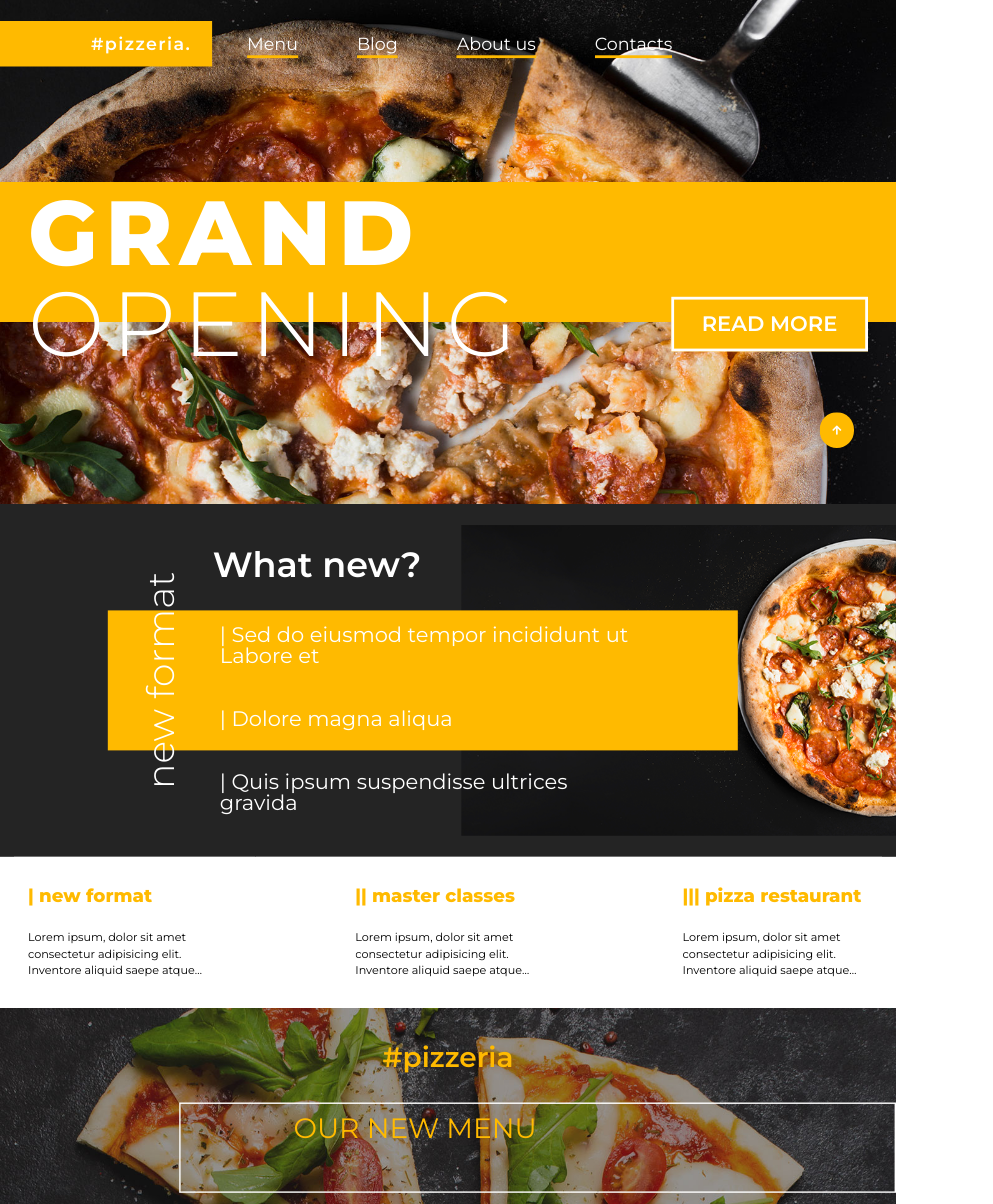
Repository: phu1204/pizzeria.github.io
Page: index.html
The author's editor kept a copy of each file at every save. The page is drawn from the files as they stood at one save, then again after a run of saves.
The browser window is 1280 px wide. The page is 1419 px wide, so the pictures cover 1419 px, including what lies to the right of the window. The pictures show the part of the page from y = 0 to 1720 px (the page is 4790 px tall), at 70% of full size.
The style sheet was rebuilt from its Sass, Less or Tailwind sources for each picture, by a compiler version that may differ from the author's.

Above is the page before, as saved 2021-07-26 22:15:22.
Console error: ReferenceError: mobile is not defined

After the next 2 saves:
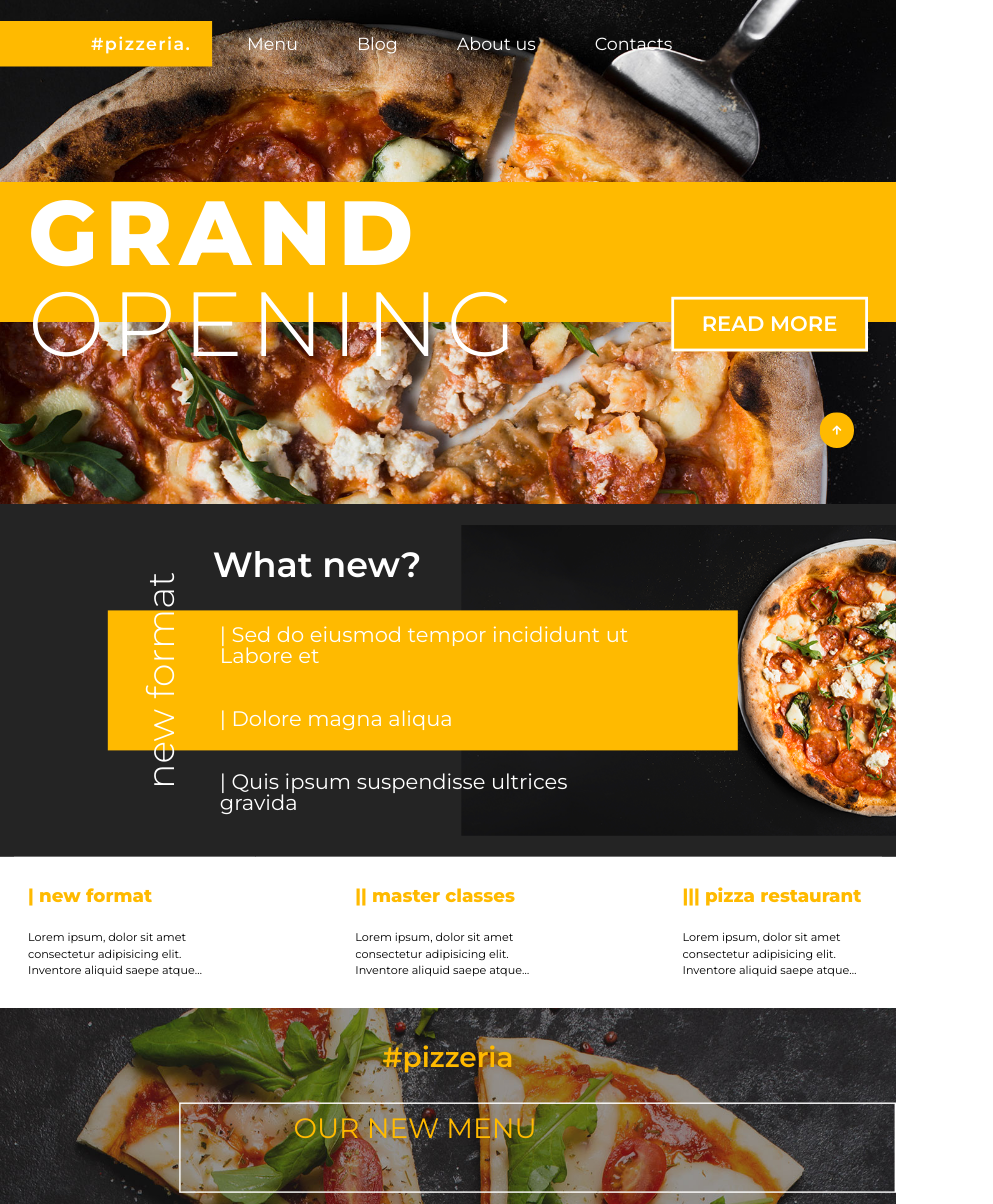
The 2 saves are shown as one change because they came seconds apart.
The last was saved 30 s later.
--- a/scss/_header.scss
+++ b/scss/_header.scss
@@ -25,7 +25,6 @@
     &-item::before{
         content: "";
         width: 100%;
-        border-bottom: 4px solid #ffba00;
         position: absolute;
         bottom: 0;
         left: 0;
